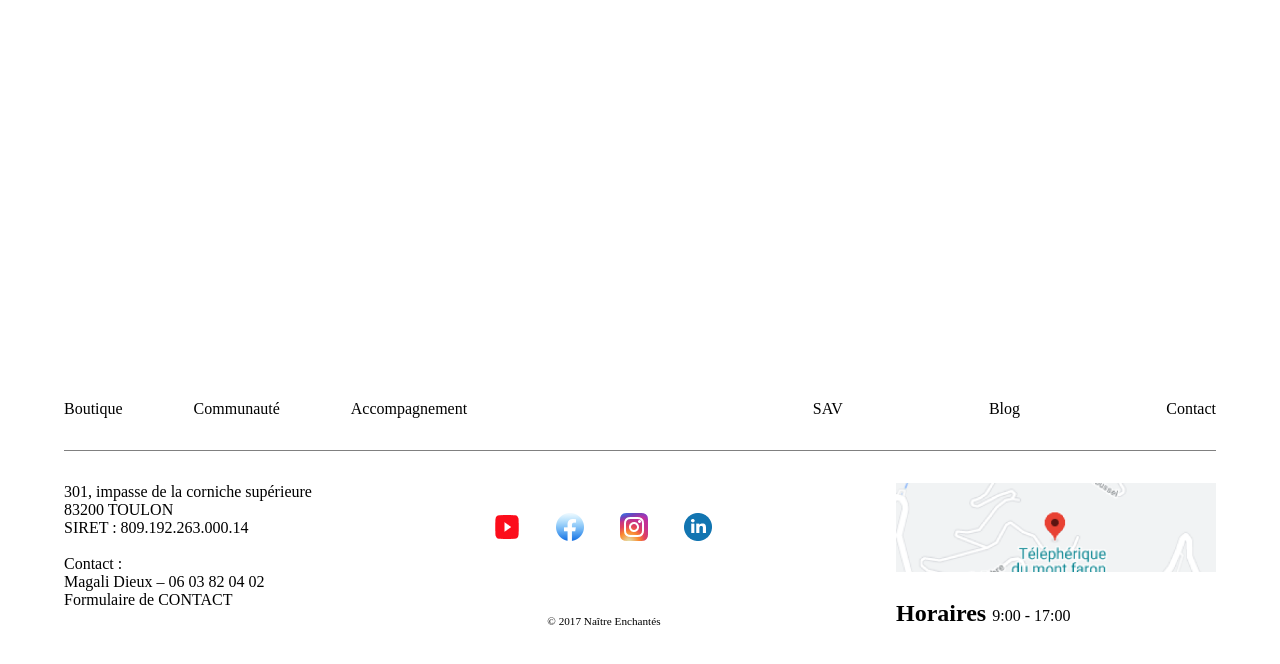
Repository: Khadija-Asa/naitre-enchantes
Page: footer.html
These files come from the project's save history. The page is drawn as it stood at one moment and after the next save; the edit follows.
The browser window is 1280 px wide. The pictures show the whole page.

Above is the page before, as saved 2020-11-24 23:39:51.

After the next save:
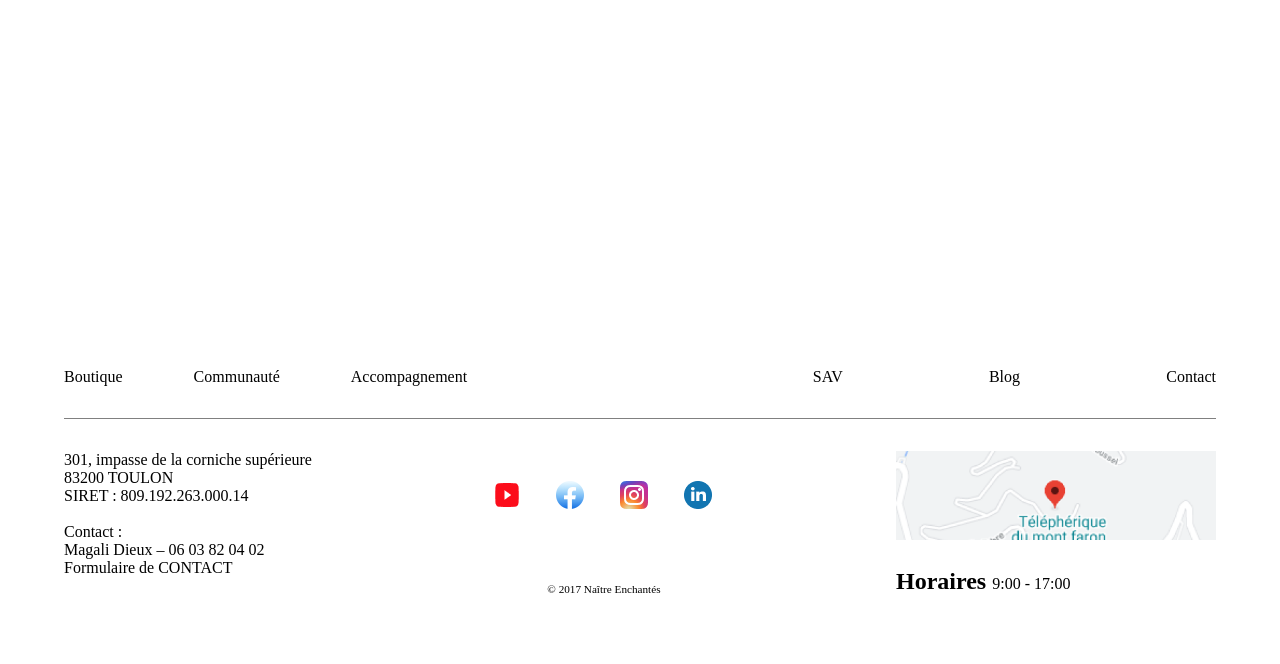
Saved 18 s later.
--- a/footer.css
+++ b/footer.css
@@ -1,6 +1,6 @@
 
 .espace {
-    margin-bottom: 25em;
+    margin-bottom: 23em;
 }
 * {
     margin: 0;
